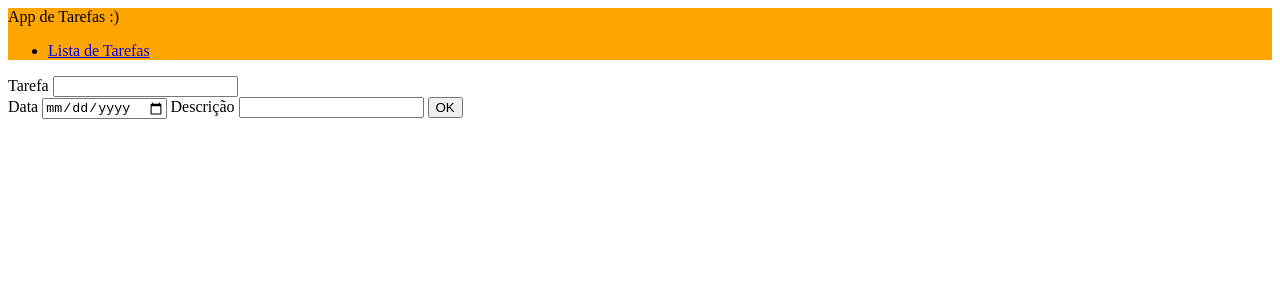
Repository: sophiaks/CRUD
Page: http://localhost/Projeto1/Views/adiciona.jsp
An editor plug-in stored every save of this project. The page is shown before and after the next save, followed by the edit.
The browser window is 1280 px wide. The pictures show the whole page.
The page is served by Tomcat 9. Nobody is signed in. The application's start-up code is not run.

Above is the page before, as saved 2020-09-23 18:59:25.

After the next save:
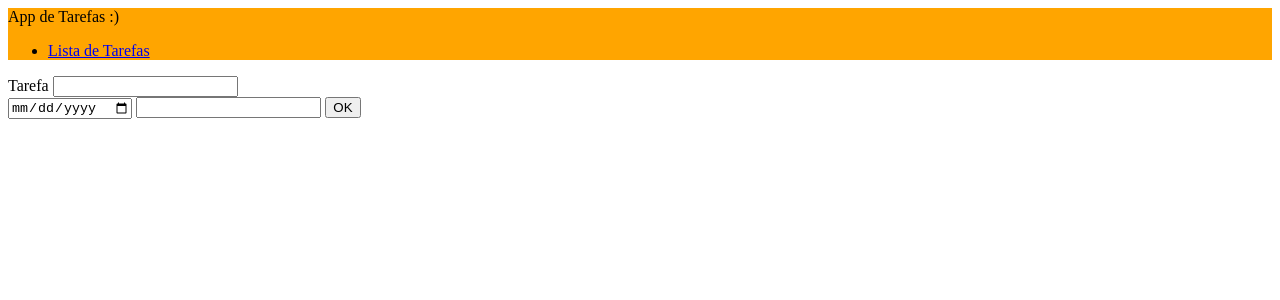
Saved 72 s later.
--- a/WorkspaceP1/Projeto1/WebContent/Views/adiciona.jsp
+++ b/WorkspaceP1/Projeto1/WebContent/Views/adiciona.jsp
@@ -32,19 +32,18 @@
 				<label for="exampleInputEmail1">Tarefa</label>
 				<input type="text" name="nome">
 				</div>
-			<tr>
-				<td>Data</td>
-				<td><input type="date" name="entrega"></td>
-			</tr>
-			<tr>
-				<td>Descrição</td>
-				<td><input type="text" name="descricao"></td>
-			</tr>
-			<tr>
-			<td></td>
-			<td><input type="submit" value="OK"></td>
-			</tr>
-		</table>
+
+
+				<input type="date" name="entrega">
+
+
+
+				<input type="text" name="descricao">
+
+
+			<input type="submit" value="OK">
+
+
 	</form>
 	<br />
 
